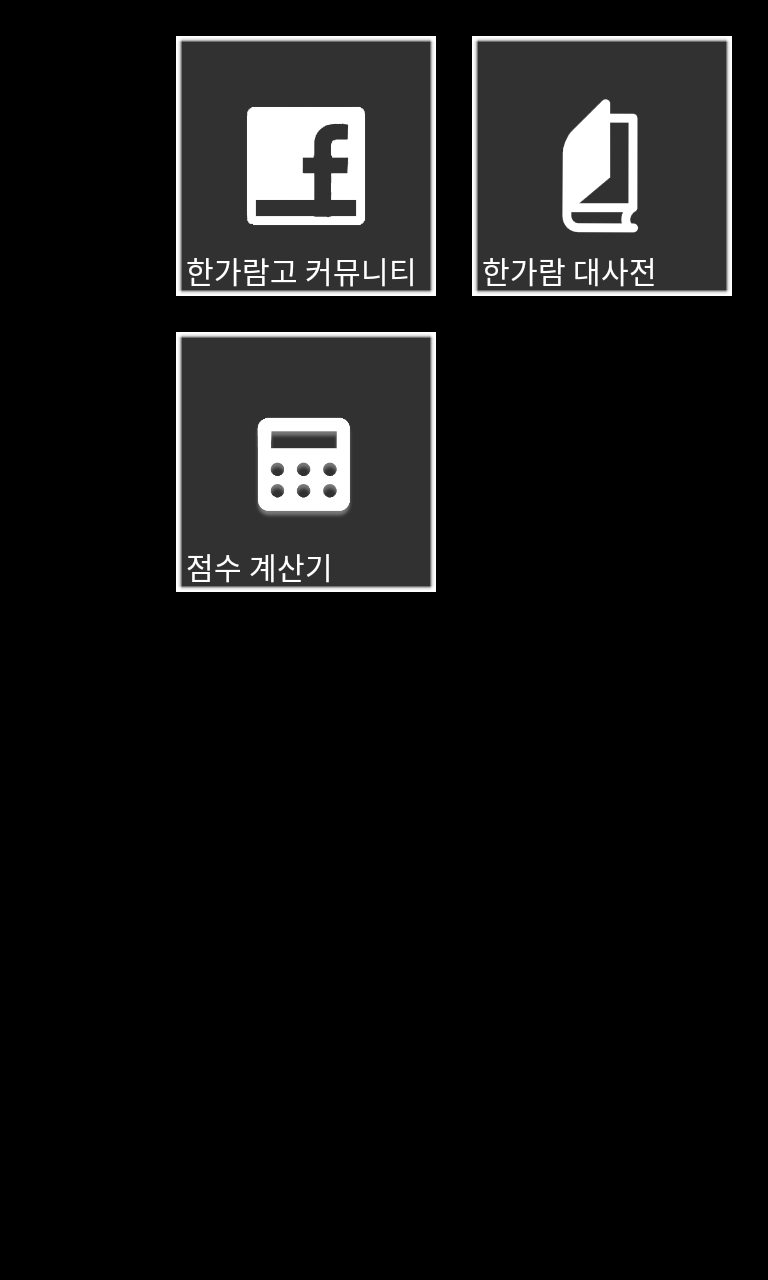
Repository: hgrateam/HangaramAPP_OLD-v2.0.6
Layout: HangaramAPP/res/layout/metro_view_menu2.xml
An editor plug-in stored every save of this project. The layout is shown before and after the next save, followed by the edit.
It is drawn on a 768 x 1280 px phone screen (xhdpi) without system bars, with theme android:Theme.Black.NoTitleBar; the app's code is not run.

Above is the layout before, as saved 2012-07-11 18:33:18.

### HangaramAPP/res/layout/metro_view_menu2.xml
<?xml version="1.0" encoding="utf-8"?>
<ScrollView xmlns:android="http://schemas.android.com/apk/res/android"
    android:layout_width="fill_parent"
    android:layout_height="wrap_content"
    android:orientation="vertical" >

    <RelativeLayout
        android:layout_width="fill_parent"
        android:layout_height="wrap_content" >

        <FrameLayout
            android:id="@+id/lwiki"
            android:layout_width="130dp"
            android:layout_height="130dp"
            android:layout_alignParentRight="true"
            android:layout_alignParentTop="true"
            android:layout_marginRight="18dp"
            android:layout_marginTop="18dp" >


            <Button
                android:id="@+id/toHGRency"
                android:layout_width="fill_parent"
                android:layout_height="fill_parent"
                android:background="#00000000" />


            <RelativeLayout
                android:layout_width="fill_parent"
                android:layout_height="fill_parent"
                android:background="@drawable/trans_frame_btn2" >

                <TextView
                    android:layout_width="wrap_content"
                    android:layout_height="wrap_content"
                    android:layout_alignParentBottom="true"
                    android:layout_alignParentLeft="true"
                    android:layout_marginBottom="2dp"
                    android:layout_marginLeft="5dp"
                    android:text="@string/toHGRency"
                    android:textAppearance="?android:attr/textAppearanceMedium"
                    android:textSize="15dp" />

                <ImageView
                    android:layout_width="70dp"
                    android:layout_height="70dp"
                    android:layout_centerHorizontal="true"
                    android:layout_centerVertical="true"
                    android:contentDescription="@string/facebook_w"
                    android:src="@drawable/encyclopedia_w" />
            </RelativeLayout>
        </FrameLayout>

        <FrameLayout
            android:id="@+id/l15th"
            android:layout_width="130dp"
            android:layout_height="130dp"
            android:layout_alignTop="@+id/lwiki"
            android:layout_toLeftOf="@+id/lwiki"
            android:layout_marginRight="18dp" >


            <Button
                android:id="@+id/HGR_15th"
                android:layout_width="fill_parent"
                android:layout_height="fill_parent"
                android:background="#00000000" />


            <RelativeLayout
                android:layout_width="fill_parent"
                android:layout_height="fill_parent"
                android:background="@drawable/trans_frame_btn2" >

                <TextView
                    android:layout_width="wrap_content"
                    android:layout_height="wrap_content"
                    android:layout_alignParentBottom="true"
                    android:layout_alignParentLeft="true"
                    android:layout_marginBottom="2dp"
                    android:layout_marginLeft="5dp"
                    android:text="@string/HGR_Community"
                    android:textAppearance="?android:attr/textAppearanceMedium"
                    android:textSize="15dp" />

                <ImageView
                    android:layout_width="60dp"
                    android:layout_height="60dp"
                    android:layout_centerHorizontal="true"
                    android:layout_centerVertical="true"
                    android:contentDescription="@string/facebook_w"
                    android:src="@drawable/facebook_w" />
            </RelativeLayout>
        </FrameLayout>

        <FrameLayout
            android:id="@+id/lcalc"
            android:layout_width="130dp"
            android:layout_height="130dp"
            android:layout_alignLeft="@+id/l15th"
            android:layout_below="@+id/l15th"
            android:layout_marginTop="18dp" >


            <Button
                android:id="@+id/toCalc"
                android:layout_width="fill_parent"
                android:layout_height="fill_parent"
                android:background="#00000000" />


            <RelativeLayout
                android:layout_width="fill_parent"
                android:layout_height="fill_parent"
                android:background="@drawable/trans_frame_btn2" >

                <TextView
                    android:layout_width="wrap_content"
                    android:layout_height="wrap_content"
                    android:layout_alignParentBottom="true"
                    android:layout_alignParentLeft="true"
                    android:layout_marginBottom="2dp"
                    android:layout_marginLeft="5dp"
                    android:text="@string/toCalc"
                    android:textAppearance="?android:attr/textAppearanceMedium"
                    android:textSize="15dp" />

                <ImageView
                    android:layout_width="70dp"
                    android:layout_height="70dp"
                    android:layout_centerHorizontal="true"
                    android:layout_centerVertical="true"
                    android:contentDescription="@string/calc_w"
                    android:src="@drawable/calc_w" />
            </RelativeLayout>
        </FrameLayout>


</RelativeLayout>
</ScrollView>

### HangaramAPP/res/values/strings.xml
<?xml version="1.0" encoding="utf-8"?>
<resources>
    <string name="app_ver">1.1.1</string><string name="app_name">한가람앱</string>
    <string name="Ateam_info">한가람 고등학교 앱개발부서</string>
    <string name="Ateam_home">클릭하시면 A-TEAM 홈페이지로 이동합니다.</string>
    <string name="Crew_Leader_Ateam">부장 전수현</string>
    <string name="Crew_Secondary_Leader_Ateam">차장 장동재</string>
    <string name="Crew1_Ateam">김준수</string>
    <string name="Crew2_Ateam">성기선</string>
    <string name="Crew3_Ateam">조석주</string>
    <string name="DigitalClock">DigitalClock</string>
    <string name="Now_constructing">(현재 구현중에 있습니다)</string>
    <string name="Next_class">다음 시간은?</string>
    <string name="toHGR">한가람 고등학교로</string>
    <string name="inquire_meals">조회하기</string>
    <string name="inquire_btn_select_date">"&apos;조회하기&apos; 버튼을 누른 뒤, 날짜를 선택하여 주십시오."</string>
    <string name="Ateam_logo">A-Team의 공식로고입니다.</string>
    <string name="HGR_Community">한가람고 커뮤니티</string>
    <string name="toPrincipleWall">교장선생님께</string>
    <string name="todayMeal">오늘의 급식</string>
    <string name="pen_w">펜 아이콘</string>
    <string name="facebook_w">페북 아이콘</string>
    <string name="meal_w">오늘의 급식 아이콘</string>
    <string name="toHGRency">한가람 대사전</string>
    <string name="str_lunch">점심</string>
    <string name="str_dinner">저녁</string>

    <string name="library_w">도서관 아이콘</string>
    <string name="toHGRlib">도서관</string>
    <string name="error">오류</string>
    <string name="str_notice">공지사항</string>
    <string name="nDAY">전날</string>
    <string name="pDAY">다음날</string>
    <string name="str_wait">잠시만 기다려 주십시오</string>
    <string name="str_plus">+</string>
    <string name="Calc">과락 계산기</string>
    <string name="calc_w">과락계산기 아이콘</string>
    <string name="toCalc">점수 계산기</string>
    <string name="toAS">방과후학교/급식신청</string>
    <string name="NetStat_error">네트워크 상태를 확인하여 주십시오.</string>
    <string name="per_Project">수행 반영 비율 (0~100)</string>
    <string name="Calculate">계산</string>

</resources>

After the next save:
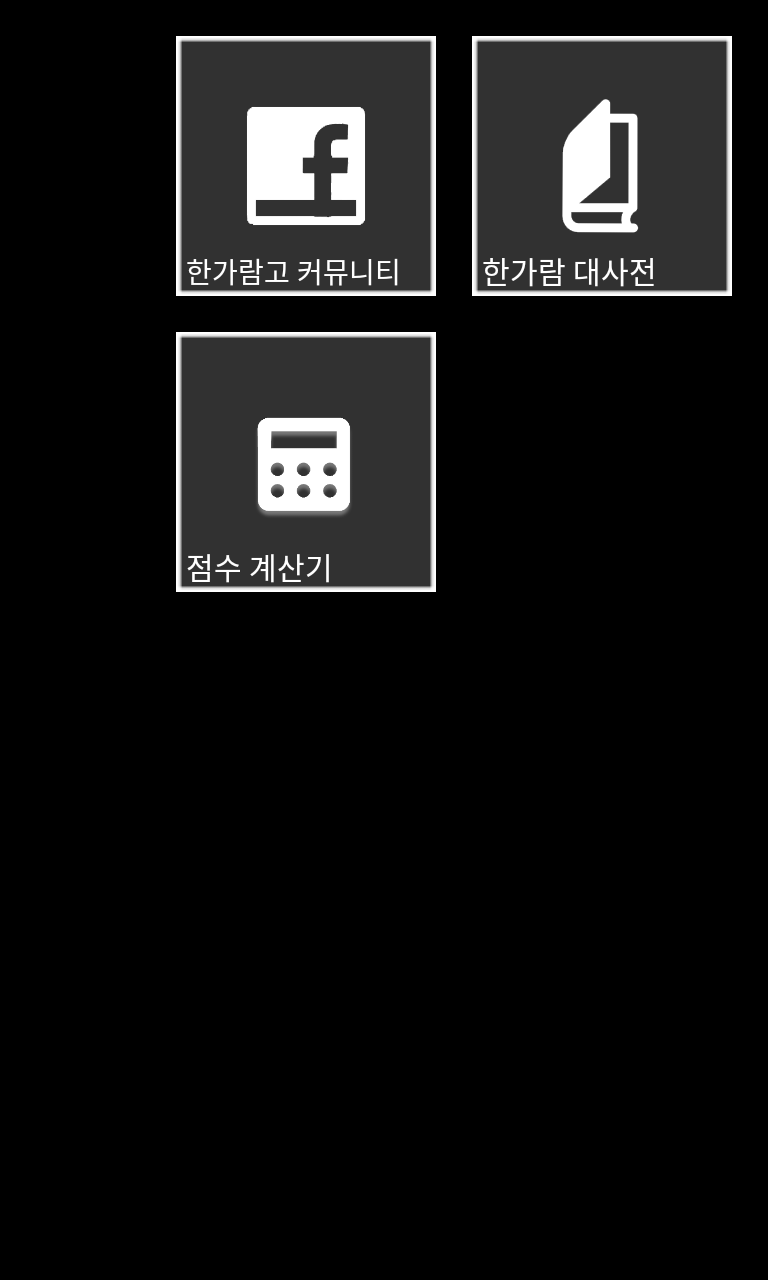
Saved 59 s later.
--- a/HangaramAPP/res/layout/metro_view_menu2.xml
+++ b/HangaramAPP/res/layout/metro_view_menu2.xml
@@ -81,7 +81,7 @@
                     android:layout_marginLeft="5dp"
                     android:text="@string/HGR_Community"
                     android:textAppearance="?android:attr/textAppearanceMedium"
-                    android:textSize="15dp" />
+                    android:textSize="14dp" />
 
                 <ImageView
                     android:layout_width="60dp"
